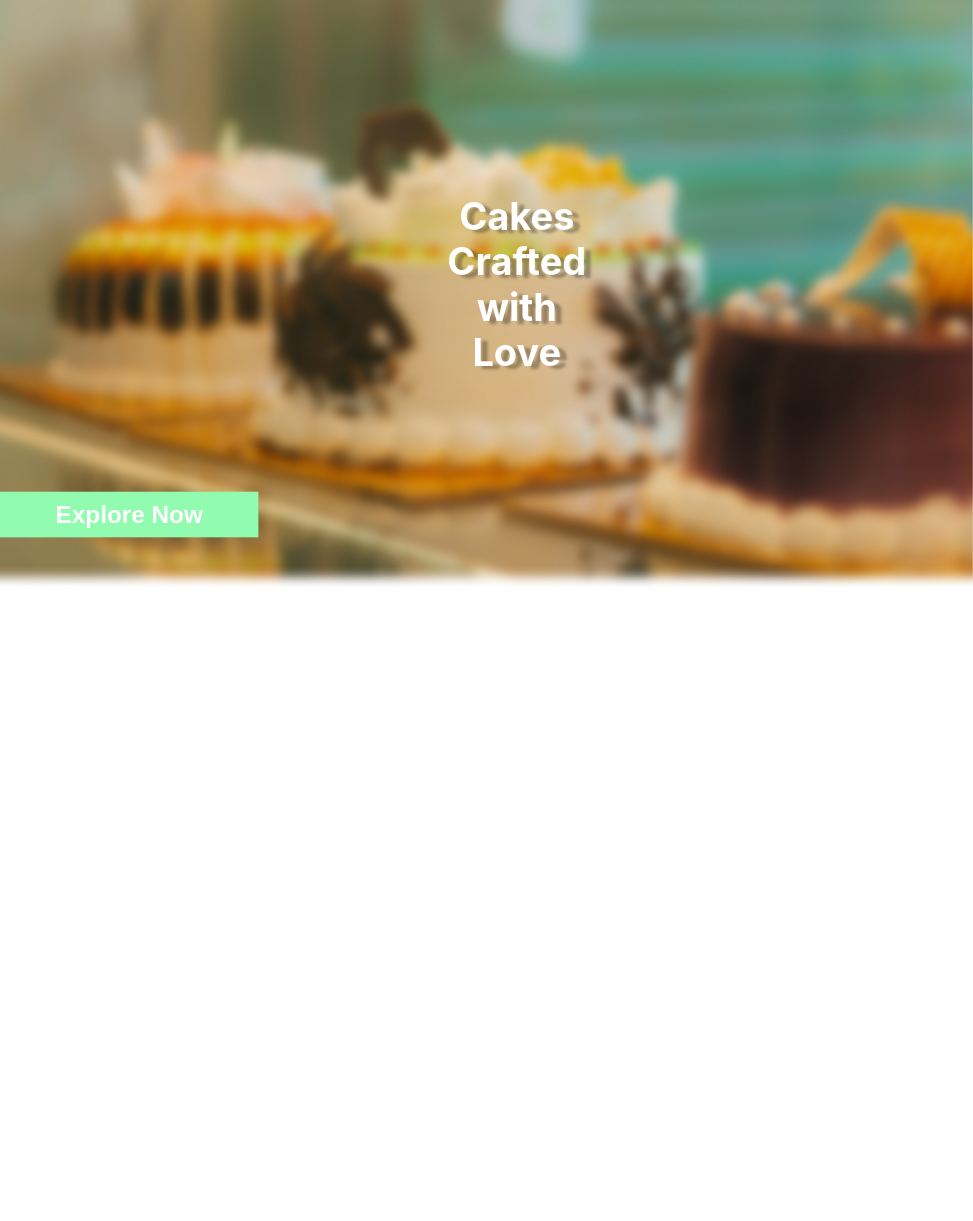
Repository: MEROO1010/cake-box-website
Page: / (app in Cake_box/cake_website/cake_frontend/)
The author's editor kept a copy of each file at every save. The page is drawn from the files as they stood at one save, then again after a run of saves.
The browser window is 1280 px wide. The pictures show the whole page, at 76% of full size.
The project was rebuilt for these pictures with package versions that can differ from the ones it lists, and the page was loaded fresh each time.

Above is the page before, as saved 2024-10-22 12:20:45.

After the next 3 saves:
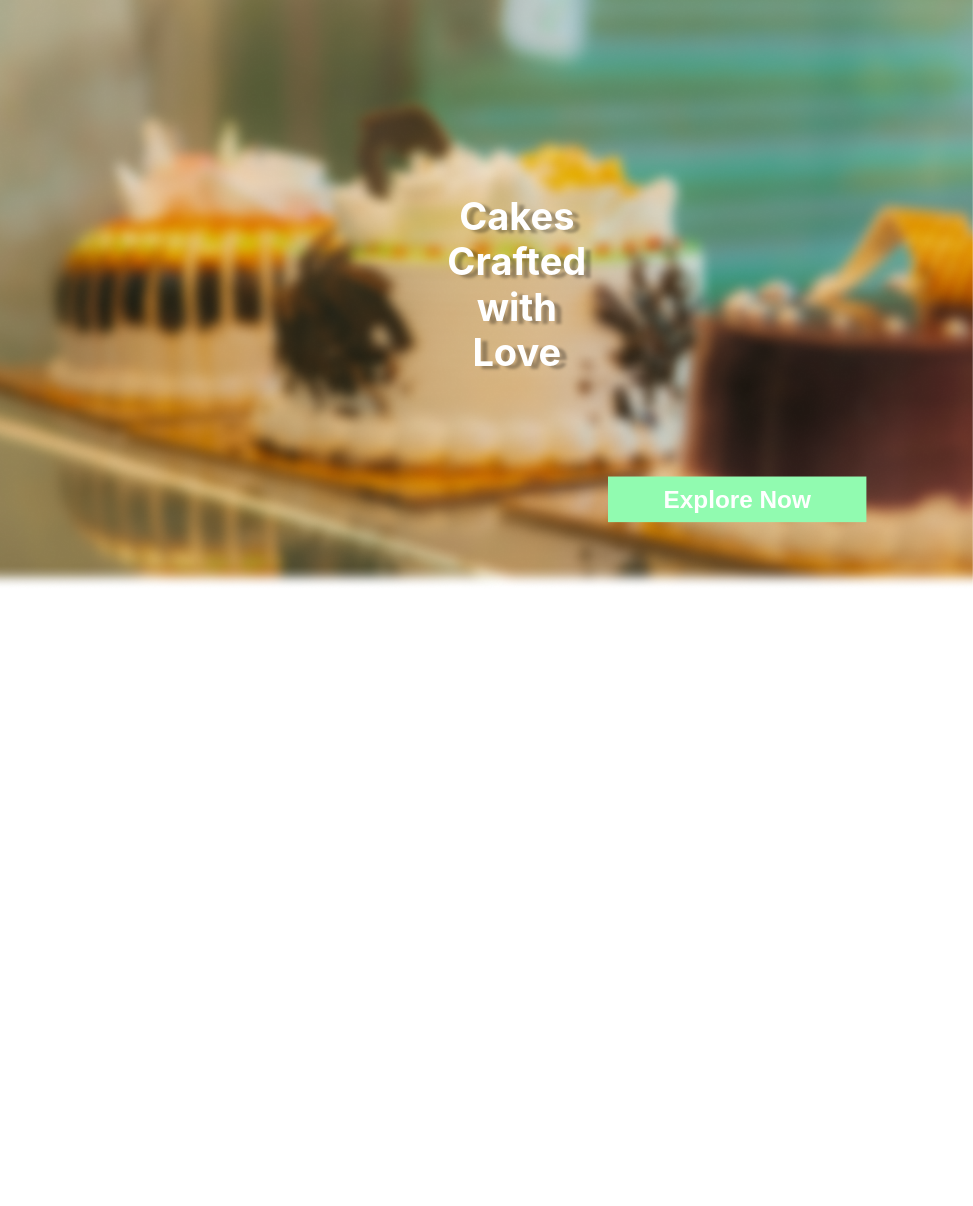
The 3 saves are shown as one change because they came seconds apart.
The last was saved 14 s later.
--- a/Cake_box/cake_website/cake_frontend/src/components/HomePage/Homepage.jsx
+++ b/Cake_box/cake_website/cake_frontend/src/components/HomePage/Homepage.jsx
@@ -46,7 +46,7 @@ const Container = styled.div `
     font-weight:bold;
     margin-bottom:400px;
     bottom:500px;
-    margin-top:20px;
+    margin-left:800px;
     position: relative;
    }
 
